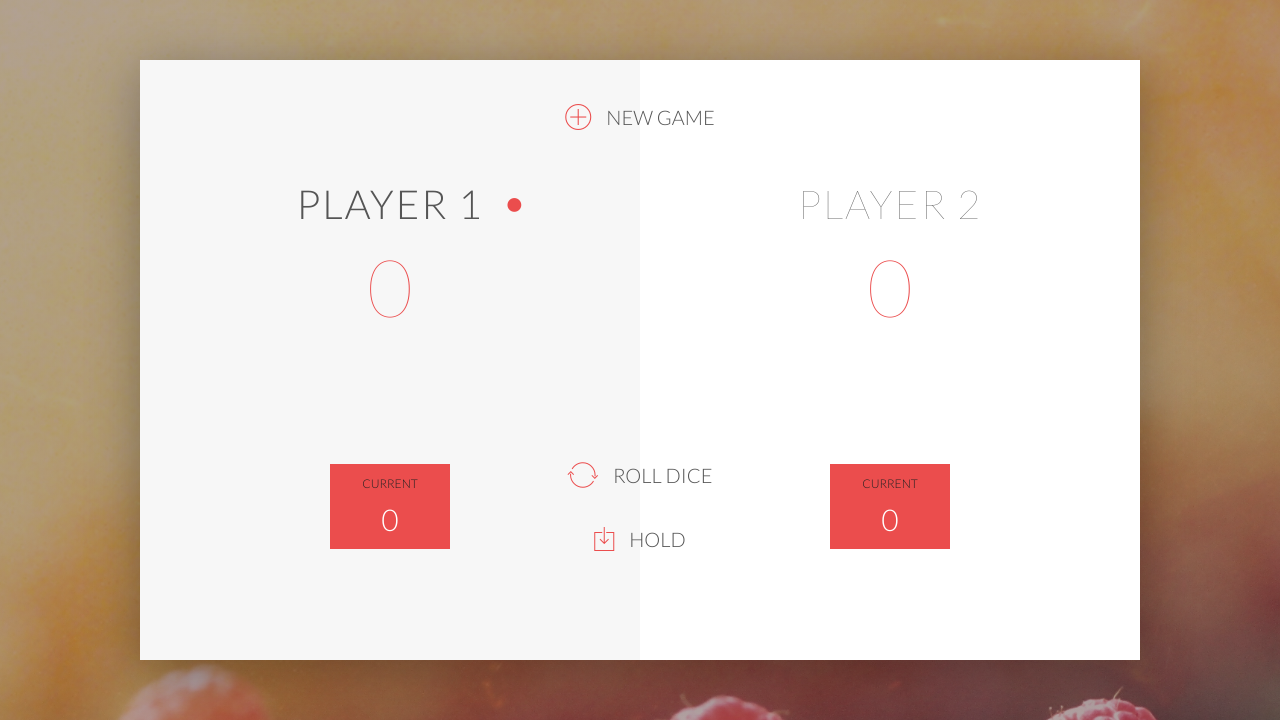
Repository: hexanek/hexanek.github.io
Page: pig-game/index.html
The author's editor kept a copy of each file at every save. The page is drawn from the files as they stood at one save, then again after the next save.
The browser window is 1280 px wide. The pictures show the whole page.

Above is the page before, as saved 2019-12-18 20:37:33.

After the next save:
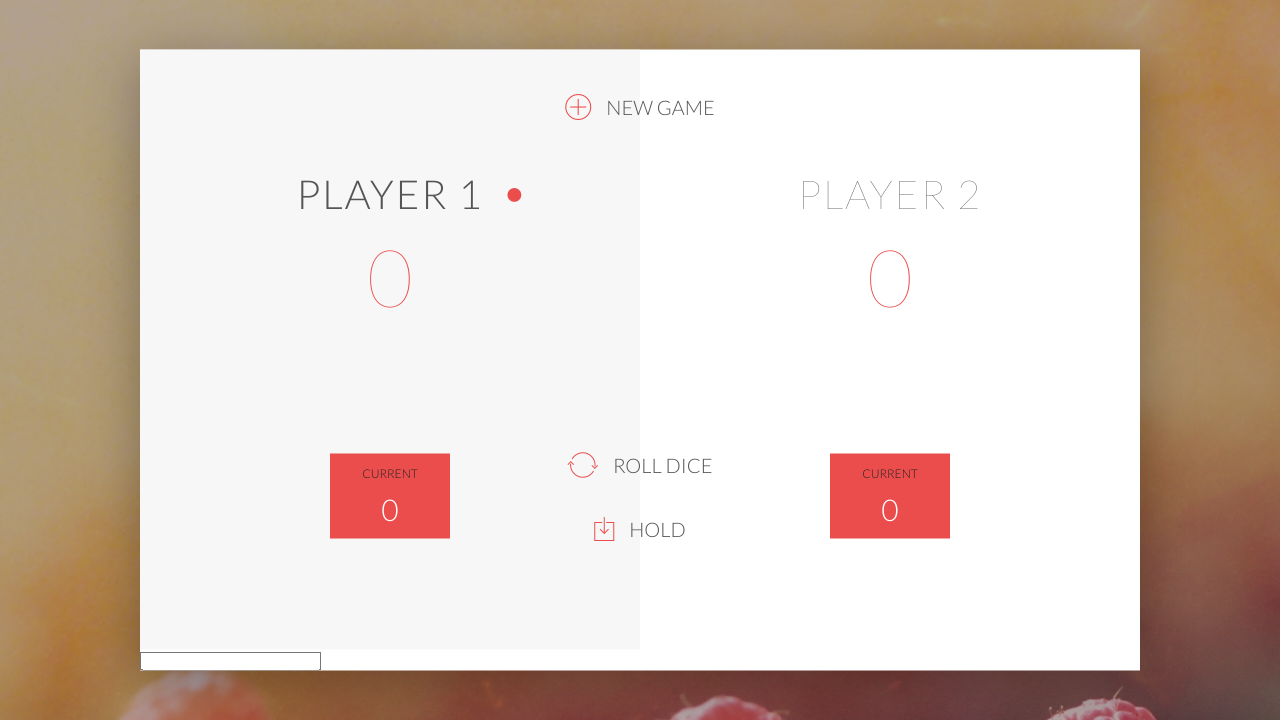
Saved 10 min 3 s later.
--- a/pig-game/index.html
+++ b/pig-game/index.html
@@ -32,6 +32,7 @@
             <button class="btn-new"><i class="ion-ios-plus-outline"></i>New game</button>
             <button class="btn-roll"><i class="ion-ios-loop"></i>Roll dice</button>
             <button class="btn-hold"><i class="ion-ios-download-outline"></i>Hold</button>
+            <input class="input-score" type="text" name="Winning score: " id="winScore">
 
             <img src="dice-5.png" alt="Dice" class="dice">
         </div>

After the 2 saves that followed:
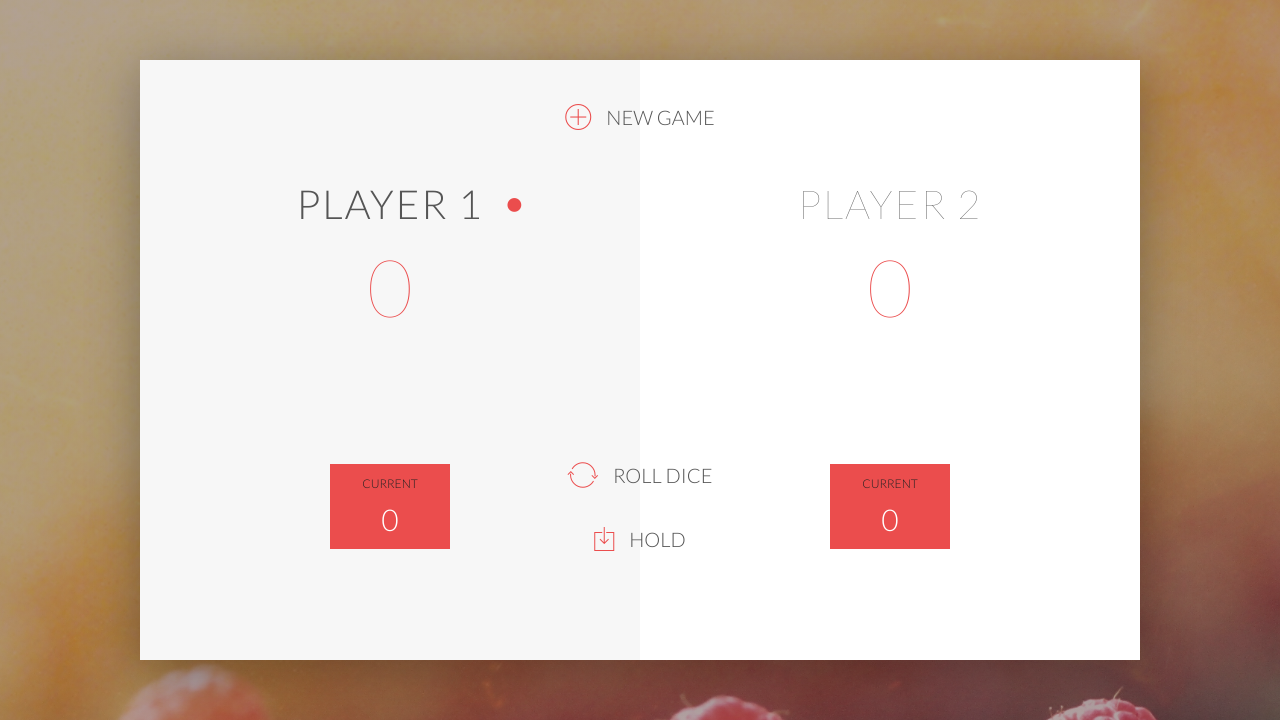
The 2 saves are shown as one change because 1 left the picture as it was.
The last was saved 105 s later.
--- a/pig-game/style.css
+++ b/pig-game/style.css
@@ -119,6 +119,7 @@ button {
     transition: background-color 0.3s, color 0.3s;
 }
 
+
 button:hover { font-weight: 600; }
 button:hover i { margin-right: 20px; }
 
@@ -140,6 +141,22 @@ i {
 .btn-new { top: 45px;}
 .btn-roll { top: 403px;}
 .btn-hold { top: 467px;}
+.input-score {
+     top: 50px;
+     position: absolute;
+    width: 200px;
+    left: 50%;
+    transform: translateX(-50%);
+    color: #555;
+    background: none;
+    border: none;
+    font-family: Lato;
+    font-size: 20px;
+    text-transform: uppercase;
+    cursor: pointer;
+    font-weight: 300;
+    transition: background-color 0.3s, color 0.3s;
+    }
 
 .dice {
     position: absolute;
